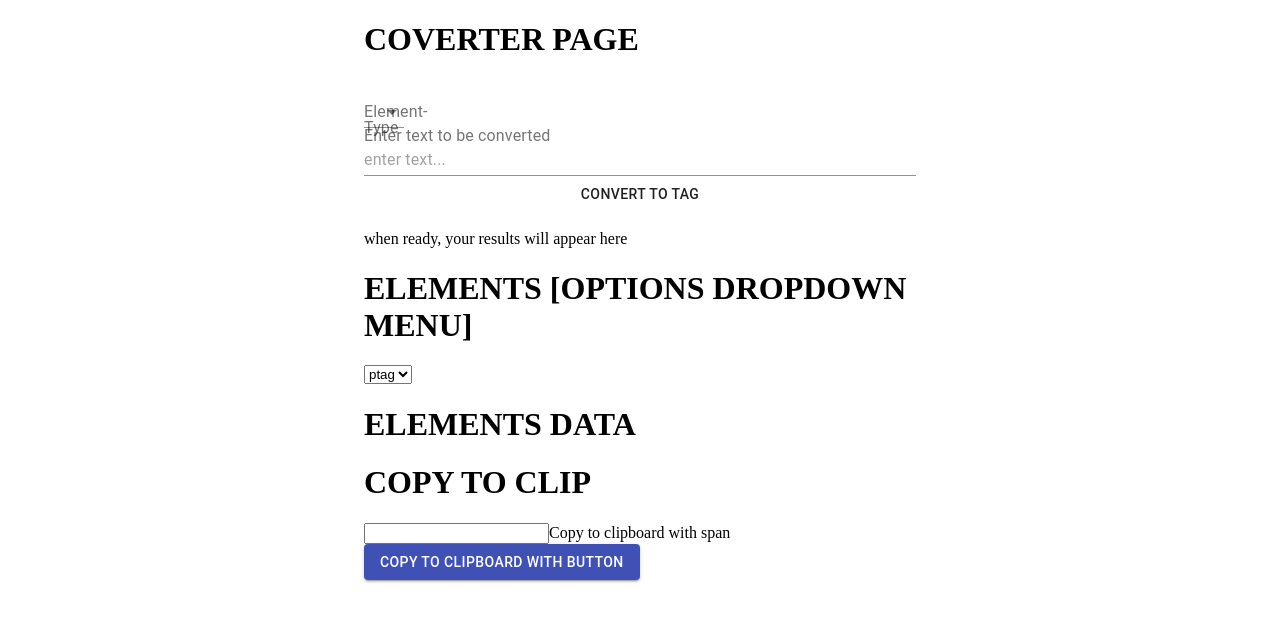
Repository: DevLuDaley/element-generator
Page: /
An editor plug-in stored every save of this project. The page is shown before and after the next save, followed by the edit.
The browser window is 1280 px wide. The pictures show the whole page.
The project was rebuilt for these pictures with package versions that can differ from the ones it lists, and the page was loaded fresh each time. Also part of the build but not shown: webpack.config.js, src/components/optionsArray.js.

Above is the page before, as saved 2020-12-23 19:55:07.

### public/index.html
<!-- ! index.html -->
<!DOCTYPE html>
<html lang="en">
<head>
    <meta charset="UTF-8">

    <meta  name="viewport"
  content="minimum-scale=1, initial-scale=1, width=device-width">
  <link rel="stylesheet" href="https://fonts.googleapis.com/icon?family=Material+Icons" />
    <title>React Element Generator</title>
</head>
<body>
    <div id="root"></div>
    <noscript>
        Please enable Javascript to view this site.
    </noscript>
    <script src="../dist/bundle.js"></script>
</body>
</html>

### src/index.js

import { render } from 'react-dom'
import React from 'react';
import ReactDOM from 'react-dom';
import { Provider } from 'react-redux'
import { BrowserRouter as Router } from 'react-router-dom';
// import reportWebVitals from './reportWebVitals';

import configureStore from './store/configureStore';
import App from './App';

const store = configureStore()

// render(
ReactDOM.render(
  <Provider store={store}>
    <Router>
        <React.StrictMode>
            <App/>
        </React.StrictMode>
    </Router>
  </Provider>,
  document.getElementById('root')
);

// if (module.hot) {
//    module.hot.accept('../dist/print.js', function() {
//      console.log('GREAT JOB LU!');
//      printMe();
//    })
//  }

// If you want to start measuring performance in your app, pass a function
// to log results (for example: reportWebVitals(console.log))
// or send to an analytics endpoint. Learn more: https://bit.ly/CRA-vitals
// reportWebVitals();

### src/store/configureStore.js
// import { createStore, applyMiddleware, compose, combineReducers } from 'redux'
import thunk from 'redux-thunk'

import { applyMiddleware, compose, createStore } from 'redux'
import thunkMiddleware from 'redux-thunk'
import { composeWithDevTools } from 'redux-devtools-extension'
// import mealsReducer from './mealsReducer'
import monitorReducersEnhancer from '../enhancers/monitorReducer'
import loggerMiddleware from '../middleware/logger'
import rootReducer from '../reducers/reducer'

export default function configureStore(preloadedState) {
  const middlewares = [loggerMiddleware, thunkMiddleware]
//   const middlewares = [loggerMiddleware, thunk]
  const middlewareEnhancer = applyMiddleware(...middlewares)

  const enhancers = [middlewareEnhancer, monitorReducersEnhancer]
//   const composedEnhancers = compose(...enhancers)
  const composedEnhancers = composeWithDevTools(...enhancers)

  const store = createStore(rootReducer, preloadedState, composedEnhancers)

  if (process.env.NODE_ENV !== 'production' && module.hot) {
    module.hot.accept('../reducers/reducer', () => store.replaceReducer(rootReducer))
  }

  return store
}

### src/App.js
import React, { Fragment} from 'react'
import '../public/App.css'
import MainContainer from './containers/MainContainer'

const App = () => {
    return (
            <Fragment>
                <section className="App">
                </section>
                <MainContainer/>
            </Fragment>
           );
}
export default App;

### src/reducers/reducer.js
import { combineReducers } from 'redux';
import converterReducer from './converterReducer'

const rootReducer = combineReducers({
  converterReducer
})

export default rootReducer

### src/containers/MainContainer.js
import React from 'react'
import ConverterPage from '../components/ConverterPage'
const MainContainer = () => {
    return (
        <div>
            <ConverterPage/>
        </div>
    )
}

export default MainContainer

### src/reducers/converterReducer.js
const intialState = {elements: []}

export default function loadRecipesReducer(state = intialState, action) {
// debugger
    switch (action.type) {
        case 'LOAD_ELEMENT':
            // const baseQuery = action.payload["results"][0]
            const baseQuery = action.payload
        // console.log('🚀 ~ line 11 ~ recipesReducer ~ baseQuery', baseQuery);

            return {elements: baseQuery}

        // case 'ADD_ELEMENT':
        //     let newRecipe = action.payload
        //     return {...state.loadRecipes, loadRecipes: state.recipes.concat(newRecipe)}

        default:
            // return {...state}
            return state
    }

}

### src/components/ConverterPage.js
import React, { Fragment, useState, useEffect }from 'react'
import Elements from '../components/Elements'
import ElementsData from './ElementsData'
import {optionsArray} from './optionsArray'
import {CopyToClipboard} from 'react-copy-to-clipboard';
// import Button from '@material-ui/core/Button';
// import Box from '@material-ui/core/Box';
// import Container from '@material-ui/core/Container';
// import Grid from '@material-ui/core/Grid';
// import { Input } from '@material-ui/core/';
// import { Checkbox } from '@material-ui/core/';
import { Grid, Container, Box, FormControl, FormGroup, Modal, Input, InputLabel, Button, Checkbox, Select, MenuItem } from '@material-ui/core';
// import  from '@material-ui/core/InputLabel';


import CopyToClip from './CopyToClip'
// import PropTypes from 'prop-types'
// import {setState} from re
// var [name, setName] = useState()
// useEffect(() => {
        //         setState(props.meals);
        //     }, [props.meals]);
    const ConverterPage = () => {
    // var [name, setName] = useState("")
    // var [confirmed, setConfirmed] = useState(false)
    // // const [] = setState([])
    // const handleSubmit = (e) => {
    //     e.preventDefault();
    //     console.log('🚀 ~ file: ConverterPage.js ~ line 8 ~ onSubmit', name)

    var [name, setName] = useState("")
    var [confirmed, setConfirmed] = useState(false)
    const [type, setType] = useState('')
    const [value, setValue] = useState('')
    const [copied, setCopied] = useState(false)
    // const [options, setOptions] = useState(elementsArray)
    // const [] = setState([])

    // console.log(elementsArray)
    const handleSubmit = (e) => {
        e.preventDefault();
        setConfirmed(true)
        console.log('🚀 ~ file: ConverterPage.js ~ line 8 ~ onSubmit', "CLICKED")
    }

    console.log("YUP", optionsArray[1])
    console.log("YUP", optionsArray[5]);
    console.log("VALUES", optionsArray.map(ele => ele.key));
    return (
        <Fragment>
        <Container maxWidth="sm">
            <h1>COVERTER PAGE</h1>
            {/* <Box component="span" m={1} color="text.primary"> */}
            {/* <Box color="text.primary" clone></Box> */}
        <div>


 <FormControl >
        <InputLabel id="demo-simple-select-label">Element-Type</InputLabel>
        <Select
          labelId="demo-simple-select-label"
          id="demo-simple-select"
        //   value={1}
          onChange={handleSubmit}
        >
    { optionsArray ?

        optionsArray.map(option => <MenuItem value={option.value}>
            {option.key}
        </MenuItem>)

        : "null"
    }


          <MenuItem >Ten</MenuItem>
          {/* <MenuItem value={10}>Ten</MenuItem> */}
          {/* <MenuItem value={20}>Twenty</MenuItem>
          <MenuItem value={30}>Thirty</MenuItem> */}
        </Select>
      </FormControl>


            <FormGroup id='convert-to-element-form' onSubmit={handleSubmit}>



                {/* <Checkbox type="text" name="pTag"
                // onClick={e => setName(e.target.value)}
                onClick={e => console.log(e.target)}

                /> */}

              <InputLabel> Enter text to be converted </InputLabel>
                <Input type="text" placeholder='enter text...' value={name} name="name" onChange={e => setName(e.target.value)}/>

                <Button onClick={handleSubmit} type="submit" variant="raised" color="primary">
                        Convert to Tag
                </Button>
              </FormGroup>

              {/* <Button variant="contained"
              color="primary"
              onClick={(e) => {console.log("value of e.target => ", e.target)}}
                            type="copy"> Copy Text to clipboard
              </Button> */}
              <br>
              </br>
              { confirmed ?
                    <section name={name}>
                    &lt;option&gt;
                    <br></br>
                    { name }
                    <br></br>
                    &lt;/option&gt;
                    </section>
                    :
                    <Box color="primary">

                    when ready, your results will appear here
                    </Box>
                           }
        </div>
        {/* </Box> */}
        <Elements/>
        <ElementsData/>
        <CopyToClip/>
        {/* </Box> */}
        </Container>
        </Fragment>
    )
}


// const mapStateToProps = state => {
//     // console.log('state.loadRecipesReducer 1', state.loadRecipesReducer);
//     // console.log('state.loadRecipesReducer.loadedRecipes 2', state.loadRecipesReducer.loadedRecipes);
//     // const loadResults = state.loadRecipesReducer.loadedRecipes

//     // loadResults.map(load => load.title)
//     return(
//         {
//             // meals: state.loadRecipesReducer.meals,
//             name: state.name
//         }
//     )
// }

export default ConverterPage

### src/components/Elements.js
import React, {Fragment} from 'react'

const Elements = () => {
    const p = "&lt;"
    var pTags// = `&lt;/p&gt;`

    return (<Fragment>
    <h1>ELEMENTS [OPTIONS DROPDOWN MENU]</h1>

<select>
<option
    value="&lt;p&gt; &lt;/p&gt;"
>ptag
</option>

<option
value="&lt;H1&gt; &lt;/H1&gt;"
>H1
</option>

<option
value="&lt;H2&gt; &lt;/H2&gt;"
>H2
</option>

    &lt;H1&gt;
    &lt;/H1&gt;

    &lt;H2&gt;
    &lt;/H2&gt;

    &lt;H3&gt;
    &lt;/H3&gt;

    &lt;H4&gt;
    &lt;/H4&gt;

    &lt;H5&gt;
    &lt;/H5&gt;

    &lt;H6&gt;
    &lt;/H6&gt;
</select>

    {/* {p} */}

    </Fragment>)
}
export default Elements;

### src/components/ElementsData.js
import React, {Fragment, useState} from 'react'
// &lt;
// &gt;
const ElementData = () => {
const elementsArray =
[
// "&lt;abbr>&lt;/abbr&gt;",
{div: "<div> </div>"},
{span: "<span> </span>"},
{html: "<html> </html>"},
{head: "<head> </head>"},
{body: "<body> </body>"},
{ul: "<ul> </ul>"},
{ol: "<ol> </ol>"},
{lh: "<lh> </lh>"},
{li: "<li> </li>"},
{table: "<table> </table>"},

{title: "<title> </title>"},
{thead: "<thead> </thead>"},

{tbody: "<tbody> </tbody>"},
{tr: "<tr> </tr>"},
{th: "<th> </th>"},
{pre: "<pre> </pre>"},
{p: "<p> </p>"},
{nav: "<nav> </nav>"},
{main: "<main> </main>"},
{header: "<header> </header>"},
{h1: "<h1> </h1>"},
{h2: "<h2> </h2>"},
{h3: "<h3> </h3>"},
{h4: "<h4> </h4>"},
{h5: "<h5> </h5>"},
{h6: "<h6> </h6>"},
{footer: "<footer> </footer>"},
{i: "<i> </i>"},
{b: "<b> </b>"},
{u: "<u> </u>"},
{q: "<q> </q>"}
]

// const wordSplit = elementsArray[1].split(" ")
const wordSplit = elementsArray //.split(" ")
// const [startTag, endTag] =  wordSplit
// console.log("wordSplit", wordSplit)
// console.log("wordSplit[0]", wordSplit[0]["div"])
return (
    <Fragment>
    <h1>ELEMENTS DATA</h1>
        {/* {elementsArray[1]} */}
        {/* {wordSplit[0]} text that needs to be divd
        {" " + wordSplit[1]} */}
        {/* {wordSplit} */}
        {/* {startTag + " "}
        things
        {" " + endTag} */}
    </Fragment>  );
}
export default ElementData;

### src/components/CopyToClip.js
import React, { Fragment, Component, useState, useEffect }from 'react'
import Elements from './Elements'
import ElementsData from './ElementsData'
import {CopyToClipboard} from 'react-copy-to-clipboard';
import Button from '@material-ui/core/Button';


    class CopyToClip extends Component {
        constructor(props) {
            super(props);
            this.state = {
                name: "",
                confirmed:false,
                value:'',
                copied: false
              }
        }
        handleSubmit = (e) => {
        e.preventDefault();
        // setConfirmed(true)
        // console.log('🚀 ~ file: ConverterPage.js ~ line 8 ~ onSubmit', name)
    }
        render() {
            return(
    // const [] = setState([])
    <Fragment>
    <h1>COPY TO CLIP</h1>
            <div>
        <input value={this.state.value}
          onChange={({target: {value}}) => this.setState({value, copied: false})} />

        <CopyToClipboard text={this.state.value}
          onCopy={() => this.setState({copied: true})}>
          <span>Copy to clipboard with span</span>
        </CopyToClipboard>

        <CopyToClipboard text={this.state.value}
          onCopy={() => this.setState({copied: true})}>
          <Button variant="contained" color="primary">Copy to clipboard with button</Button>
        </CopyToClipboard>

        {this.state.copied ? <span style={{color: 'red'}}>Copied.</span> : null}
            </div>
        </Fragment>


        )
    }
}


// const mapStateToProps = state => {
//     // console.log('state.loadRecipesReducer 1', state.loadRecipesReducer);
//     // console.log('state.loadRecipesReducer.loadedRecipes 2', state.loadRecipesReducer.loadedRecipes);
//     // const loadResults = state.loadRecipesReducer.loadedRecipes

//     // loadResults.map(load => load.title)
//     return(
//         {
//             // meals: state.loadRecipesReducer.meals,
//             name: state.name
//         }
//     )
// }
export default CopyToClip

Loaded but not shown: src/enhancers/monitorReducer.js (common file); src/middleware/logger.js (common file); public/App.css (common file)

After the next save:
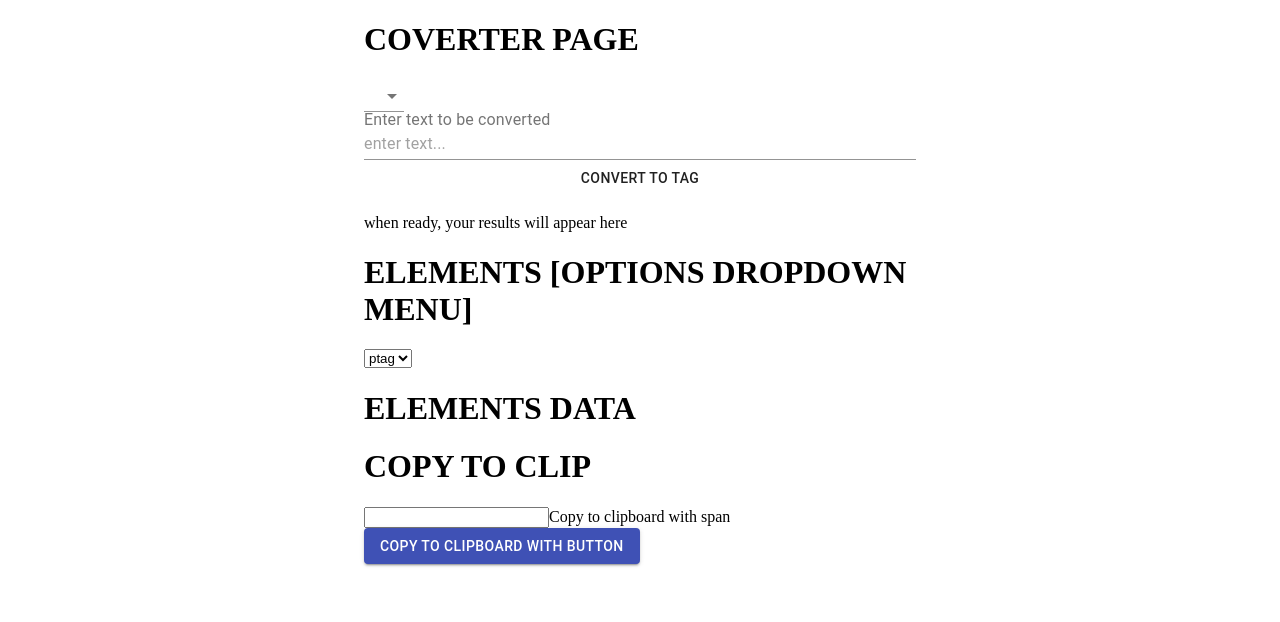
Saved 3 min 47 s later.
--- a/src/components/ConverterPage.js
+++ b/src/components/ConverterPage.js
@@ -56,7 +56,7 @@ import CopyToClip from './CopyToClip'
 
 
  <FormControl >
-        <InputLabel id="demo-simple-select-label">Element-Type</InputLabel>
+        {/* <InputLabel id="demo-simple-select-label">Element-Type</InputLabel> */}
         <Select
           labelId="demo-simple-select-label"
           id="demo-simple-select"
